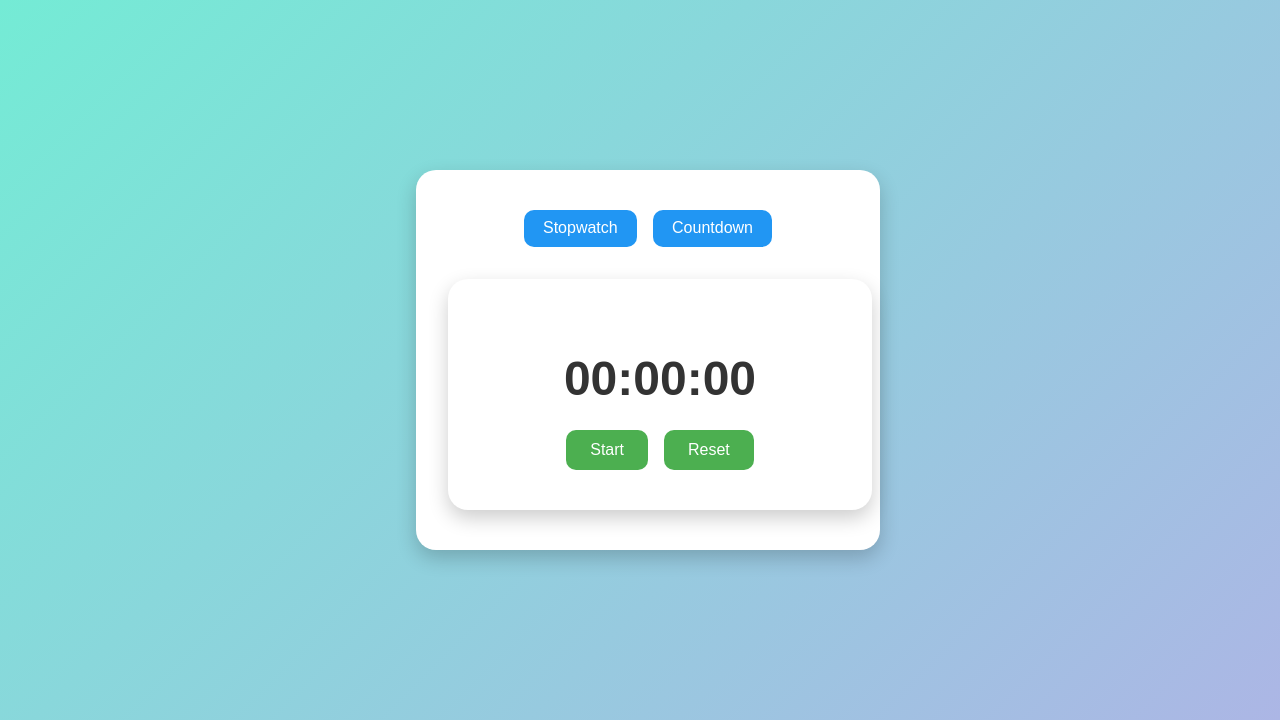
Repository: Denis793/Timer
Page: /
An editor plug-in stored every save of this project. The page is shown before and after the next save, followed by the edit.
The browser window is 1280 px wide. The pictures show the whole page.
The project was rebuilt for these pictures with package versions that can differ from the ones it lists, and the page was loaded fresh each time. Also part of the build but not shown: vite.config.js, src/hooks/useCountdown.jsx, src/components/Countdown.jsx. Imported but missing from the stored project, and not drawn on this page: src/assets/alarm.mp3.

Above is the page before, as saved 2025-05-14 08:22:44.

After the next save:
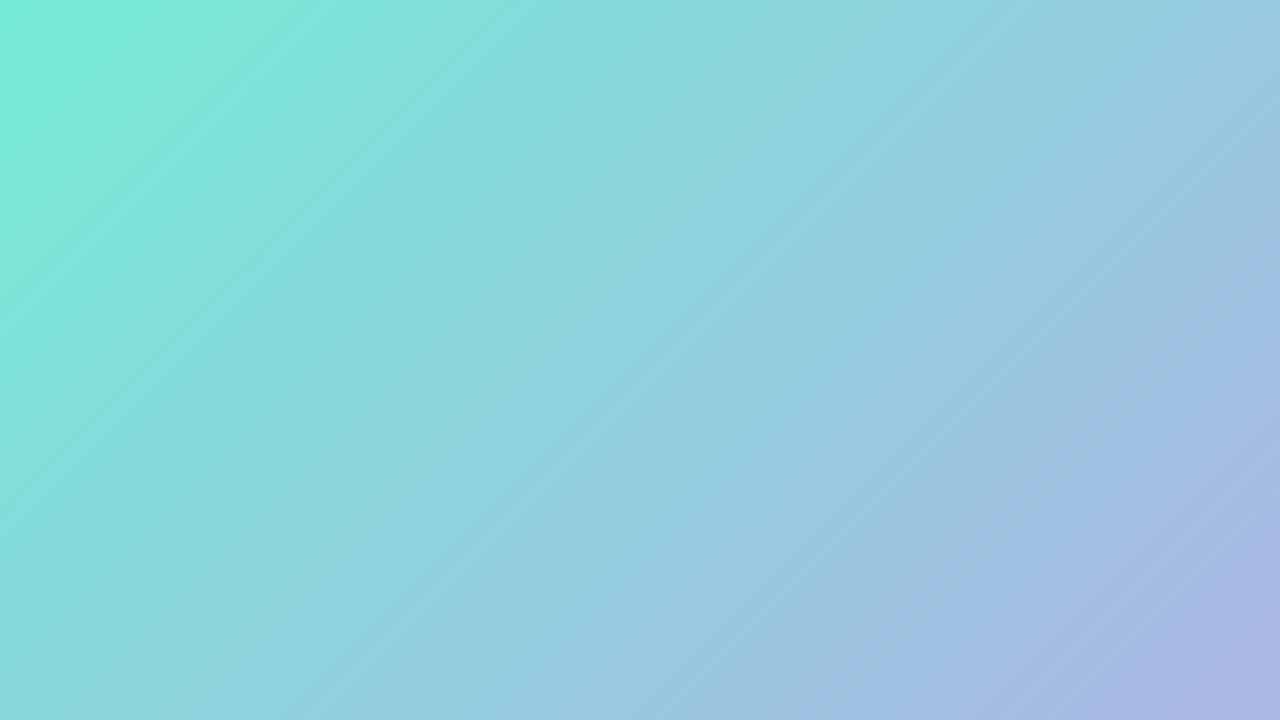
Console error: ReferenceError: renderCount is not defined
Saved 2 min 29 s later.
--- a/src/components/Stopwatch.jsx
+++ b/src/components/Stopwatch.jsx
@@ -7,7 +7,7 @@
   return (
     <div className="timer-container">
       <h1>{timeFormatted}</h1>
-
+      <p>Number of component renders: {renderCount}</p>
       <div className="buttons">
         <button onClick={toggle}>{isRunning ? 'Pause' : 'Start'}</button>
         <button onClick={reset}>Reset</button>

After the save that followed:
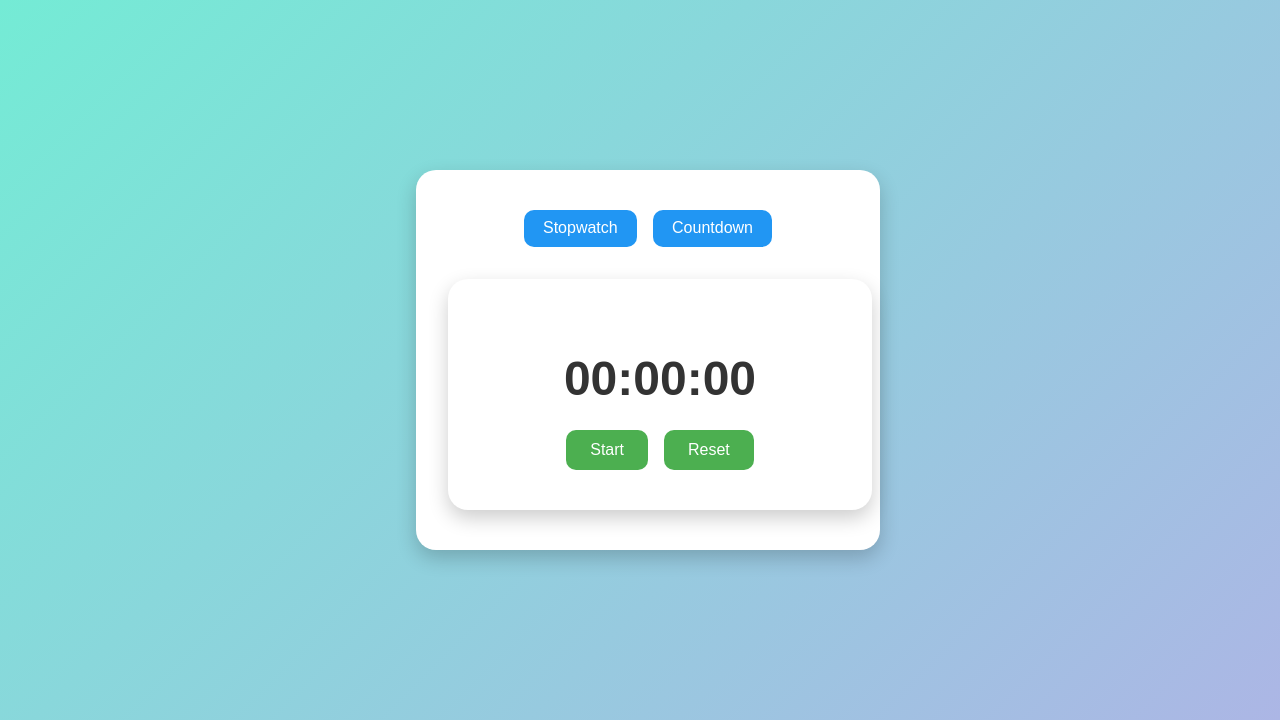
The error is gone.
Saved 38 s later.
--- a/src/components/Stopwatch.jsx
+++ b/src/components/Stopwatch.jsx
@@ -7,7 +7,7 @@
   return (
     <div className="timer-container">
       <h1>{timeFormatted}</h1>
-      <p>Number of component renders: {renderCount}</p>
+
       <div className="buttons">
         <button onClick={toggle}>{isRunning ? 'Pause' : 'Start'}</button>
         <button onClick={reset}>Reset</button>
